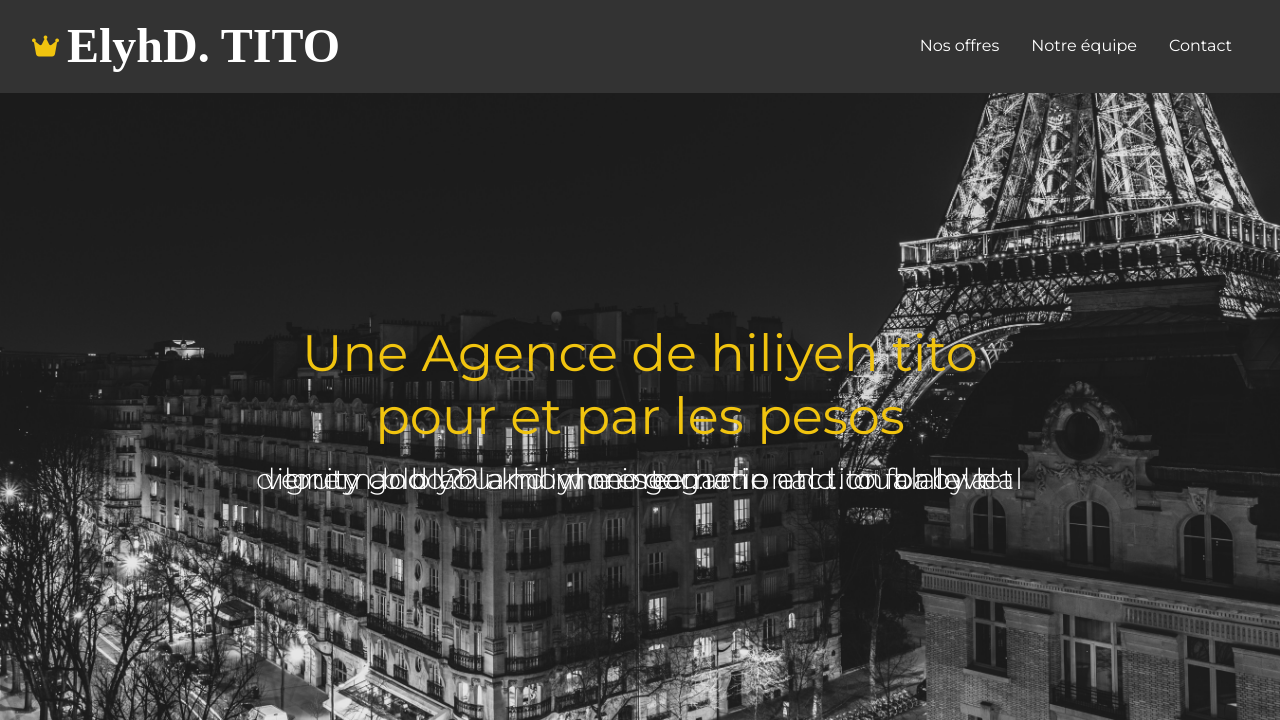
Repository: Hiliyeh/immo
Page: index.html
The author's editor kept a copy of each file at every save. The page is drawn from the files as they stood at one save, then again after the next save.
The browser window is 1280 px wide. The pictures show the whole page.
Some web fonts or font styles are not loaded; a fallback is used. Some web libraries are served in a nearby version.

Above is the page before, as saved 2020-05-05 13:35:06.

After the next save:
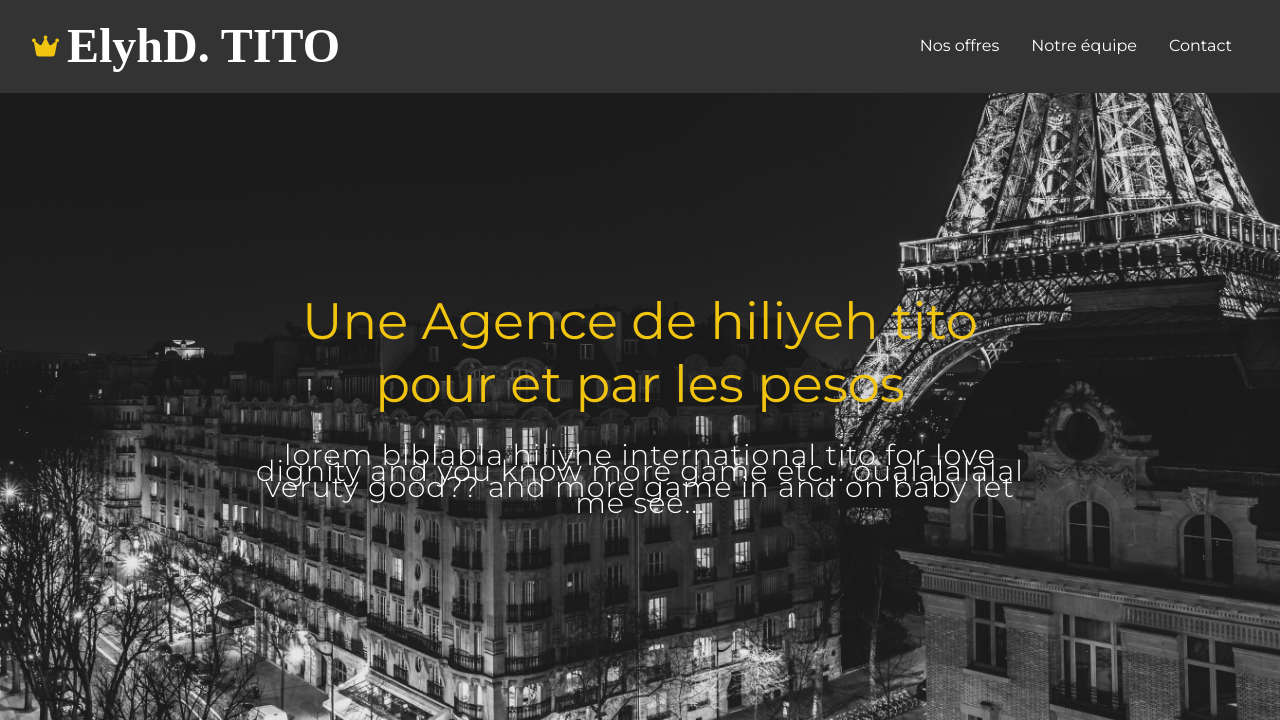
Saved 8 s later.
--- a/css/style.CSS
+++ b/css/style.CSS
@@ -110,5 +110,5 @@
   font-size: 1.8rem;
   font-weight: 300;
   letter-spacing: 1px;
-  line-height: 0rem;
+  line-height: 1rem;
 }
